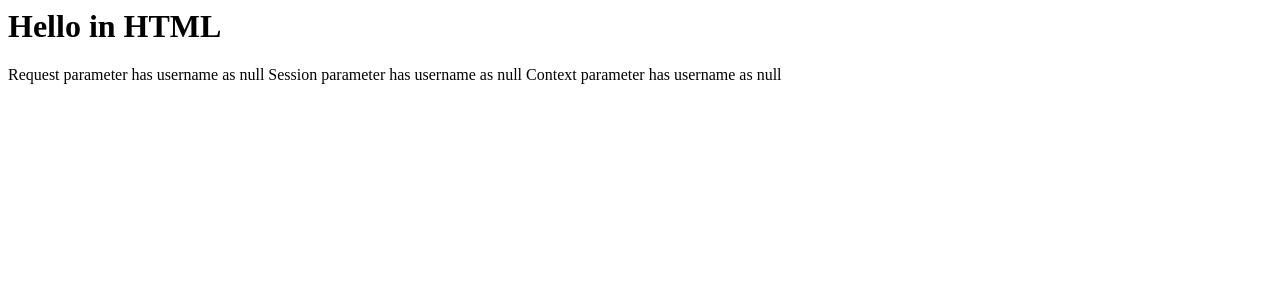
Repository: SurajPawar15-smart/JAVAProjects
Page: http://localhost/JBSimpleServletProject/SimpleServlet
An editor plug-in stored every save of this project. The page is shown before and after a run of saves, followed by the edit.
The browser window is 1280 px wide. The pictures show the whole page.
The page is served by Tomcat 9. Other server files are loaded and not shown.

Above is the page before, as saved 2020-09-29 02:36:27.

### JBSimpleServletProject/src/mypack/SimpleServlet.java
package mypack;

import java.io.IOException;
import java.io.PrintWriter;

import javax.servlet.ServletContext;
import javax.servlet.ServletException;
import javax.servlet.annotation.WebInitParam;
import javax.servlet.annotation.WebServlet;
import javax.servlet.http.HttpServlet;
import javax.servlet.http.HttpServletRequest;
import javax.servlet.http.HttpServletResponse;
import javax.servlet.http.HttpSession;


@WebServlet("/SimpleServlet")

public class SimpleServlet extends HttpServlet {
	private static final long serialVersionUID = 1L;


    public SimpleServlet() {
        super();
        // TODO Auto-generated constructor stub
    }
    protected void doGet(HttpServletRequest request, HttpServletResponse response) throws ServletException, IOException {
		System.out.println("Hello from GET method");
		response.setContentType("text/html");

		PrintWriter out=response.getWriter();
		out.println("<h1>Hello in HTML</h1>");

		String username=request.getParameter("username");
		HttpSession session =request.getSession();
		ServletContext context=request.getServletContext();


		if(username !="" && username!=null){
			session.setAttribute("SaveUsername", username);
			context.setAttribute("saveUsername", username);
		}
			out.println("Request parameter has username as "+username);
			out.println("Session parameter has username as "+(String)session.getAttribute("SaveUsername"));
			out.println("Context parameter has username as "+(String)context.getAttribute("saveUsername"));
		    this.getServletConfig().getInitParameter("DefaultUser");

	}
}
//output:
//http://localhost:8080/JBSimpleServletProject/
//Simple Web Application say Hello!!!


//or(Httpsession)
//http://localhost:8080/JBSimpleServletProject/SimpleServlet?username=suraj
//Hello in HTML
//Request parameter has username as suraj Session parameter has username as suraj

//or{Context}
//http://localhost:8080/JBSimpleServletProject/SimpleServlet?username=user1
//Hello in HTML
//Request parameter has username as user1 Session parameter has username as user1 Context parameter has username as user1

After the next 2 saves:
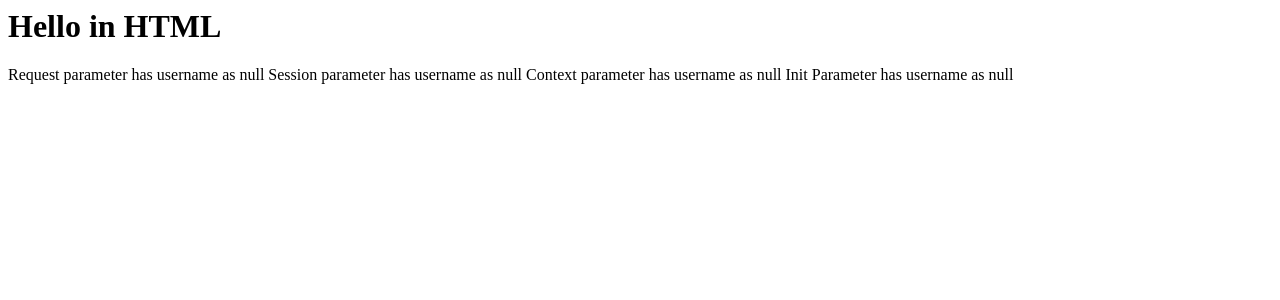
The 2 saves are shown as one change because 1 did not build or start.
The last was saved 46 s later.
--- a/JBSimpleServletProject/src/mypack/SimpleServlet.java
+++ b/JBSimpleServletProject/src/mypack/SimpleServlet.java
@@ -42,7 +42,7 @@ public class SimpleServlet extends HttpServlet {
 			out.println("Request parameter has username as "+username);
 			out.println("Session parameter has username as "+(String)session.getAttribute("SaveUsername"));
 			out.println("Context parameter has username as "+(String)context.getAttribute("saveUsername"));
-		    this.getServletConfig().getInitParameter("DefaultUser");
+		    out.println("Init Parameter has username as "+this.getServletConfig().getInitParameter("DefaultUser"));
 
 	}
 }
